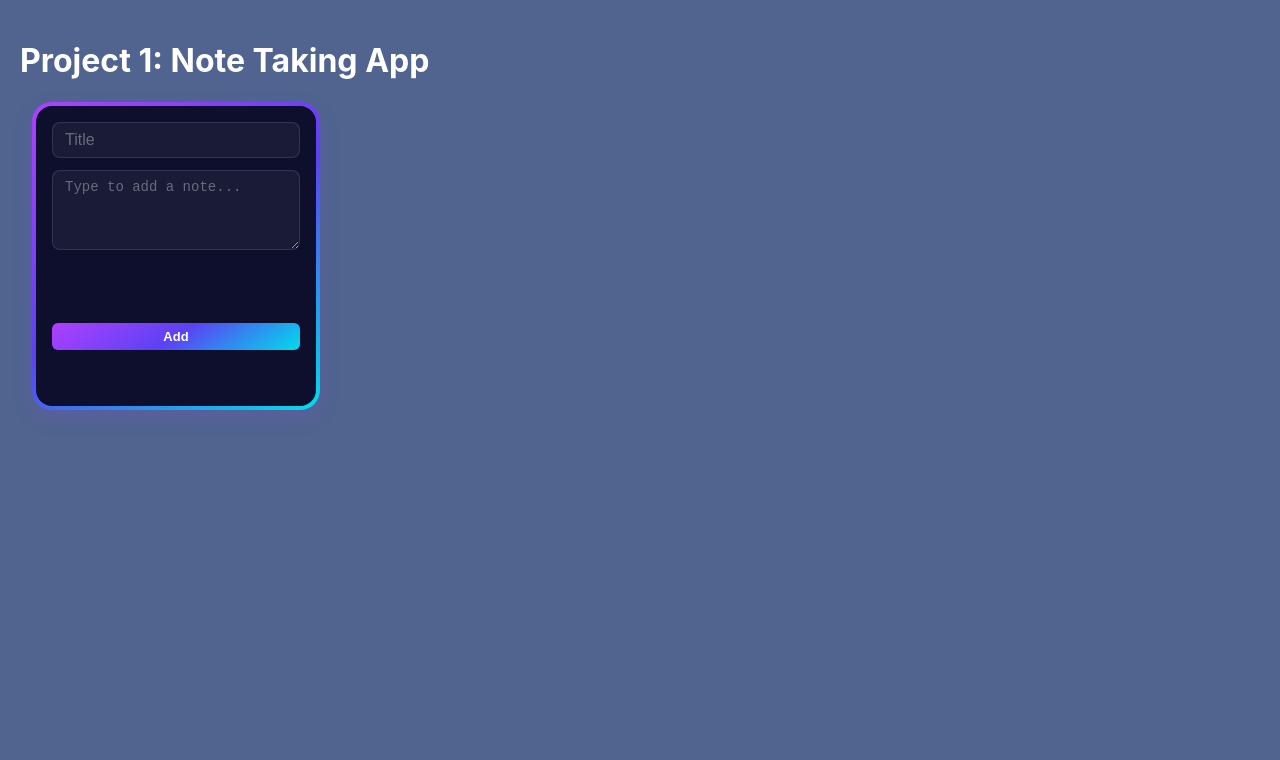
Repository: AJANI2005/Notes-App
Page: /
An editor plug-in stored every save of this project. The page is shown before and after the next save, followed by the edit.
The browser window is 1280 px wide. The pictures show the whole page.
The project was rebuilt for these pictures with package versions that can differ from the ones it lists, and the page was loaded fresh each time. Also part of the build but not shown: vite.config.ts, src/App.css, src/style/dialogbox.css, src/DialogBox.tsx.

Above is the page before, as saved 2025-07-31 19:01:28.

After the next save:
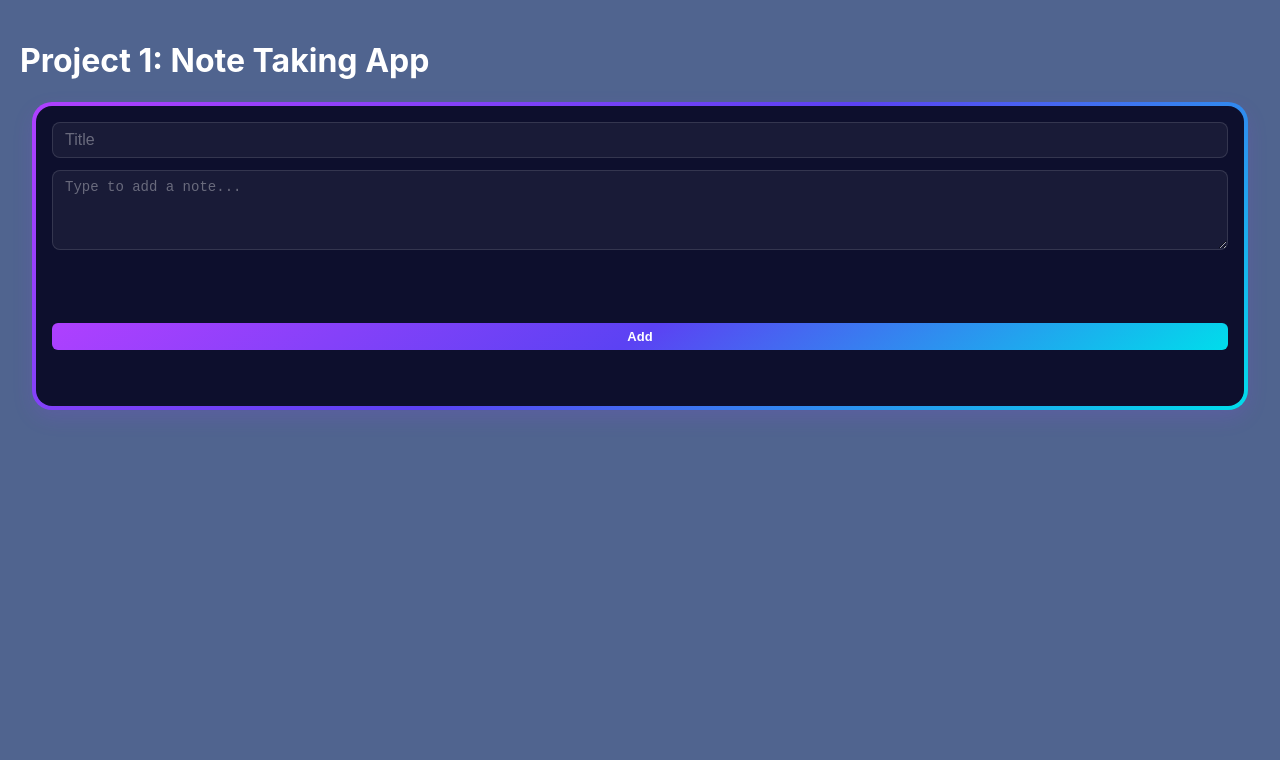
Saved 19 s later.
--- a/src/style/note.css
+++ b/src/style/note.css
@@ -3,7 +3,7 @@
 .note {
   display: flex;
   flex-direction: column;
-  width: 280px;
+  min-width: 280px;
   min-height: 300px;
   padding: 4px; /* Gradient border thickness */
   border-radius: 20px;
